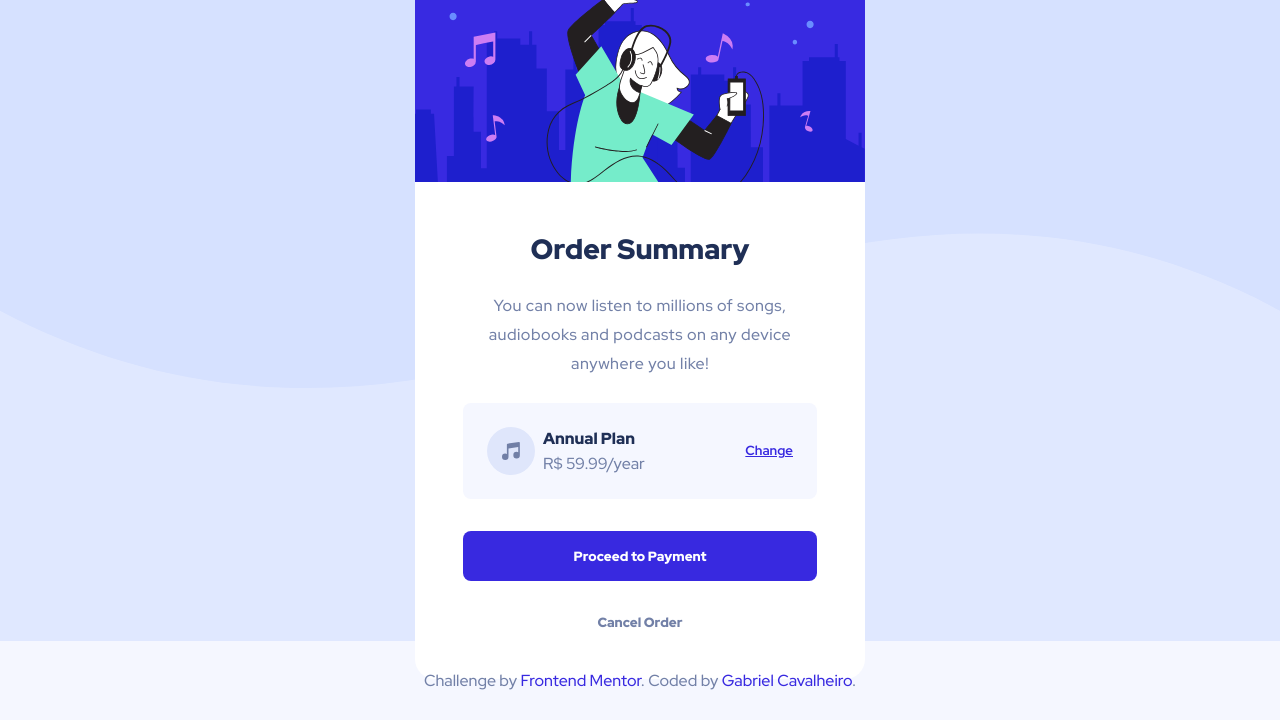
Repository: gccavalheiro/order-summary-card
Page: index.html
These files come from the project's save history. The page is drawn as it stood at one moment and after the next save; the edit follows.
The browser window is 1280 px wide. The pictures show the whole page.

Above is the page before, as saved 2021-12-17 02:59:08.

### index.html
<!DOCTYPE html>
<html lang="en">

<head>
  <meta charset="UTF-8" />
  <meta http-equiv="X-UA-Compatible" content="IE=edge" />
  <meta name="viewport" content="width=device-width, initial-scale=1.0" />
  <link rel="preconnect" href="https://fonts.googleapis.com">
  <link rel="preconnect" href="https://fonts.gstatic.com" crossorigin>
  <link href="https://fonts.googleapis.com/css2?family=Red+Hat+Display:wght@500;700;900&display=swap" rel="stylesheet">
  <link rel="icon" type="image/png" sizes="32x32" href="./images/favicon-32x32.png" />
  <title>Frontend Mentor | Order summary card</title>
  <link rel="stylesheet" href="./assets/css/main.css" />
</head>

<body>
  <main>
    <div class="card">
      <div class="card-header">
        <img src="./assets/images/illustration-hero.svg" alt="Illustration Woman">
      </div>
      <div class="card-body">
        <div class="card-info">
          <h1>Order Summary</h1>
          <p>You can now listen to millions of songs,
            audiobooks and podcasts on any device
            anywhere you like! </p>
        </div>
        <div class="card-plan">
          <div class="card-plan-detail">
            <div class="card-plan-icon-detail">
              <img src="./assets/images/icon-music.svg" alt="Icon Music" />
            </div>
            <div class="card-plan-info-detail">
              <h2>Annual Plan</h2>
              <p>R$ 59.99/year</p>
            </div>
          </div>
          <button class="card-plan-button">Change</button>
        </div>
        <button class="card-button-payment">Proceed to Payment</button>
        <button class="card-button-cancel">Cancel Order</button>
      </div>
    </div>
  </main>

  <footer>
    <p>
      Challenge by <a href="https://www.frontendmentor.io?ref=challenge" target="_blank">Frontend Mentor</a>.
      Coded by <a href="https://github.com/gccavalheiro">Gabriel Cavalheiro</a>.
    </p>
  </footer>
</body>

</html>

### assets/css/main.css
:root {
  --primary-pale-blue: hsl(225, 100%, 94%);
  --secondary-bright-blue: hsl(245, 75%, 52%);
  --very-pale-blue:hsl(225, 100%, 98%);
  --desaturated-blue: hsl(224, 23%, 55%);
  --dark-blue: hsl(223, 47%, 23%);
  --variant-blue: hsl(245, 83%, 68%);
  --white: hsl(0, 0%, 100%);
}

* {
  margin: 0;
  padding: 0;
  outline: 0;
  box-sizing: border-box;
  text-rendering: optimizeLegibility;
  -webkit-font-smoothing: antialiased;
  -moz-osx-font-smoothing: grayscale;
}

body {
  font-family: 'Red Hat Display', sans-serif;
  font-size: 1rem;
  background-color: var(--primary-pale-blue);
  background-image: url('../images/pattern-background-mobile.svg');
  background-repeat: no-repeat;
  background-position: top center;
  background-size: contain;
}

img {
  width: 100%;
}

a {
  color: var(--secondary-bright-blue);
  text-decoration: none;
}

a:hover {
  color: var(--variant-blue);
}

button {
  font-family: 'Red Hat Display', sans-serif;
  border: 0;
  cursor: pointer;
  background-color: transparent;
}

main {
  display: flex;
  align-items: center;
  justify-content: center;
  width: 100%;
  height: calc(100vh - 79px);
  padding: 20px;
}

.card {
  display: flex;
  flex-direction: column;
  width: 100%;
  max-width: 450px;
  border-radius: 20px;
  background-color: var(--white);
}

.card-header {
  width: 100%;
  border-top-left-radius: 20px;
  border-top-right-radius: 20px;
  overflow: hidden;
  line-height: 0;
}

.card-body {
  display: flex;
  flex-direction: column;
  align-items: center;
  padding: 20px;
}

.card-info {
  display: flex;
  flex-direction: column;
  align-items: center;
  text-align: center;
}

.card-info h1{
  font-size: 1.75rem;
  color: var(--dark-blue);
  font-weight: 900;
}

.card-info p{
  font-size: 1rem;
  color: var(--desaturated-blue);
  font-weight: 500;
  letter-spacing: 0.03em;
  line-height: 1.8;
  margin: 24px 0;
}

.card-plan {
  display: flex;
  flex-direction: column;
  align-items: center;
  justify-content: space-between;
  width: 100%;
  background-color: var(--very-pale-blue);
  padding: 20px;
  border-radius: 8px;
}

.card-plan-detail {
  display: flex;
  align-items: center;
}

.card-plan-icon-detail {
  width: 48px;
  height: 48px;
  min-width: 48px;
  min-height: 48px;
  border-radius: 50%;
  margin-right: 8px;
}

.card-plan-icon-detail img {
  object-fit: cover;
}

.card-plan-info-detail {
  display: flex;
  flex-direction: column;
}

.card-plan-info-detail h2, .card-plan-info-detail p {
  font-size: 1rem;
}
.card-plan-info-detail h2 {
  font-weight: 900;
  color: var(--dark-blue);
  margin-bottom: 4px;
}

.card-plan-info-detail p {
  color: var(--desaturated-blue);
  font-size: 700;
}

.card-plan-button {
  font-size: .825rem;
  color: var(--secondary-bright-blue);
  background-color: transparent;
  text-decoration: underline;
  font-weight: 700;
  border: 0;
  transition: .3s;
  margin-top: 20px;
}

.card-plan-button:hover {
  color: var(--variant-blue);
}

.card-button-payment{
  font-weight: 900;
  padding: 16px 0;
  width: 100%;
  color: var(--white);
  background-color: var(--secondary-bright-blue);
  border-radius: 8px;
  margin: 32px 0;
}

.card-button-payment:hover {
  background-color: var(--variant-blue);
}

.card-button-cancel{
  font-weight: 900;
  color: var(--desaturated-blue);
}

.card-button-cancel:hover {
  color: var(--dark-blue);
}

footer {
  display: flex;
  align-items: center;
  justify-content: center;
  width: 100%;
  background-color: var(--very-pale-blue);
  padding: 28px 0;
  color: var(--desaturated-blue);
  text-align: center;
  line-height: 23px;
}

footer p {
  padding: 0 20px;
}

@media screen and (min-width: 374.9px) {
 .card-plan {
    flex-direction: row;
  }

  .card-plan-button {
    margin-top: 0;
  }

  footer p {
    padding: 0;
  }
}

@media screen and (min-width: 767.9px) {
  body {
    background-image: url('../images/pattern-background-desktop.svg');
  }

  main {
    padding: 0;
  }

  .card-body {
    padding: 48px;
  }

  .card-plan {
    padding: 24px;
  }
}

After the next save:
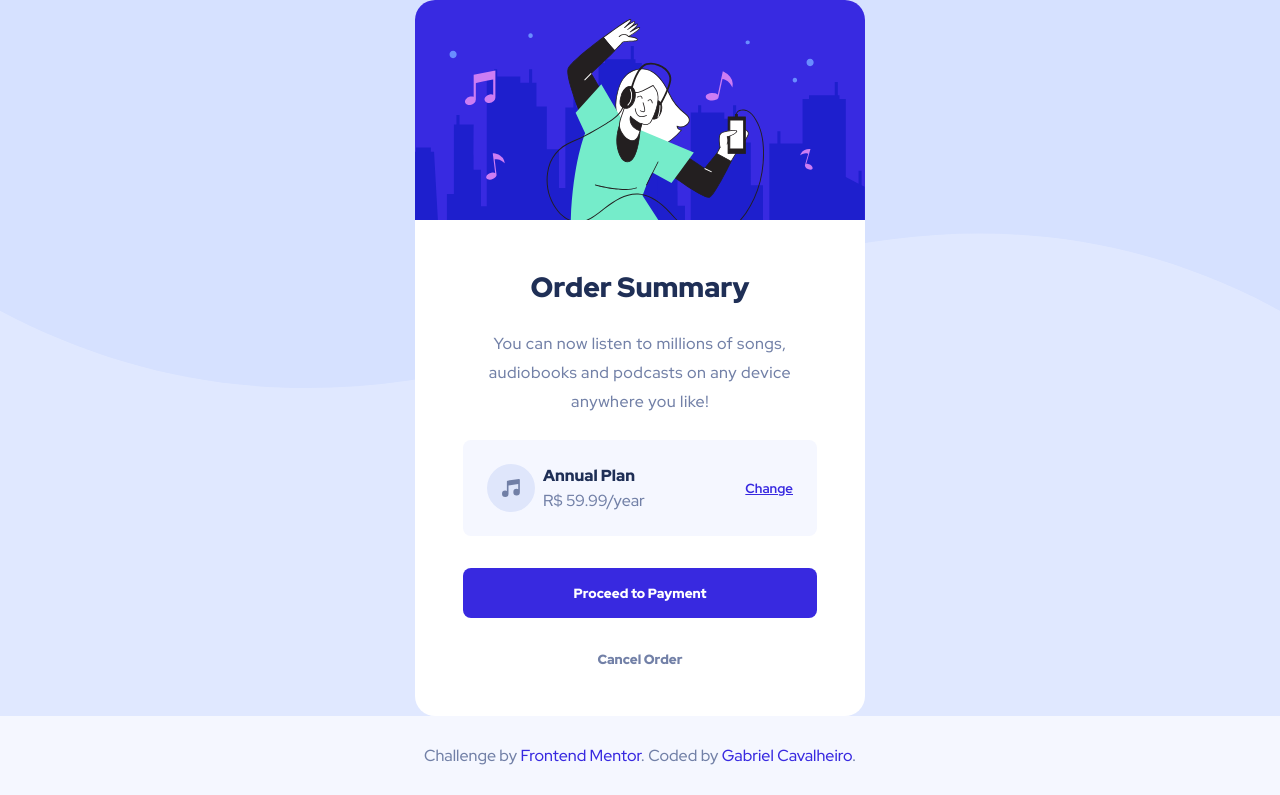
Saved 3 min 16 s later.
--- a/assets/css/main.css
+++ b/assets/css/main.css
@@ -53,7 +53,6 @@ main {
   align-items: center;
   justify-content: center;
   width: 100%;
-  height: calc(100vh - 79px);
   padding: 20px;
 }
 
